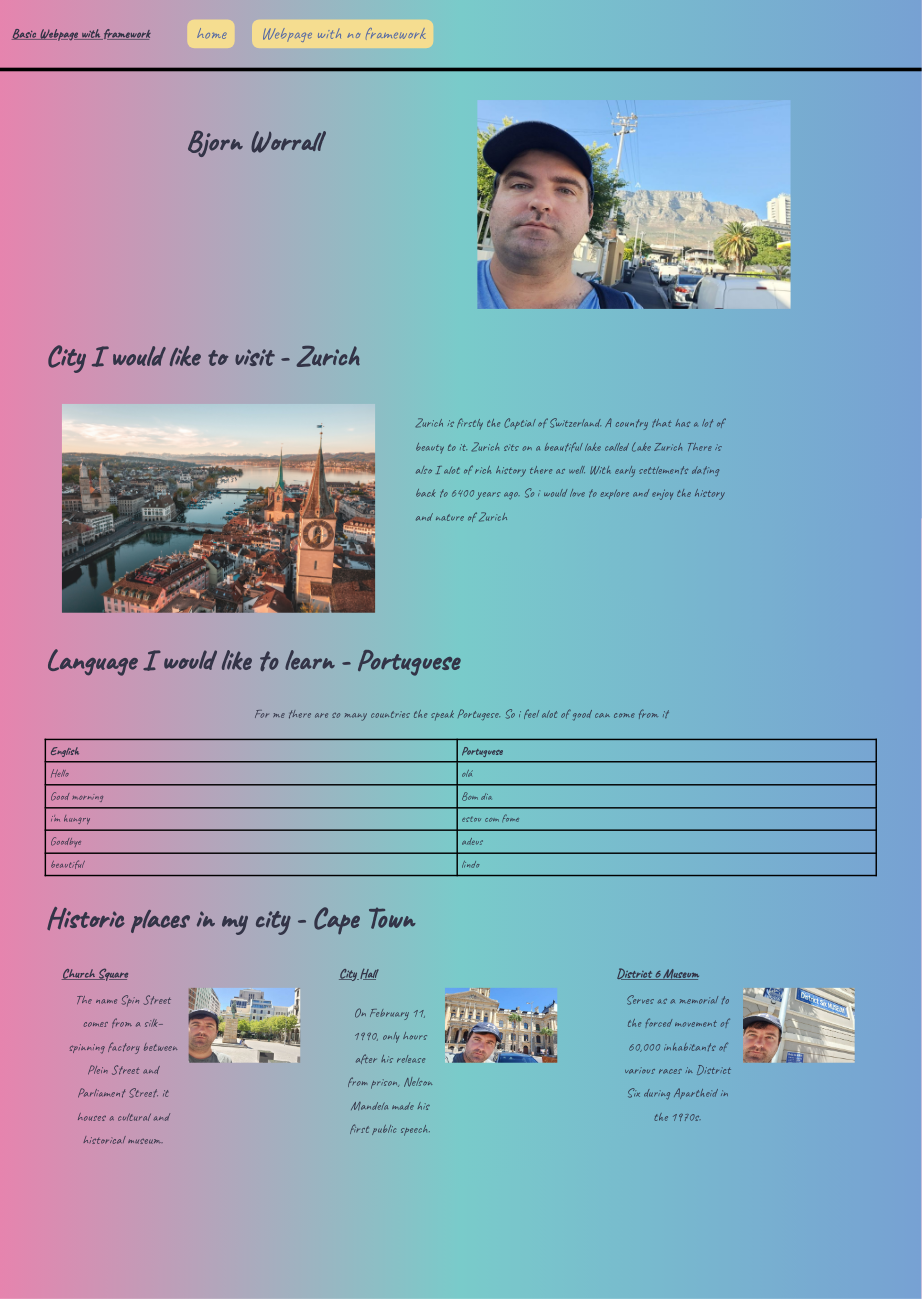
Repository: lasity34/basic-webpage
Page: my - webpage - grid.html
The author's editor kept a copy of each file at every save. The page is drawn from the files as they stood at one save, then again after the next save.
The browser window is 1280 px wide. The pictures show the whole page, at 72% of full size.

Above is the page before, as saved 2023-03-07 14:56:23.

### my - webpage - grid.html
<!DOCTYPE html>
<html lang="en">
  <link rel="stylesheet" type="text/css" href="simple-grid.css" />
  <!-- <link rel="stylesheet" type="text/css" href="styles.css" /> -->
  <link rel="preconnect" href="https://fonts.googleapis.com" />
  <link rel="preconnect" href="https://fonts.gstatic.com" crossorigin />
  <link
    href="https://fonts.googleapis.com/css2?family=Caveat&display=swap"
    rel="stylesheet"
  />

  <head>
    <meta charset="UTF-8" />
    <meta http-equiv="X-UA-Compatible" content="IE=edge" />
    <meta name="viewport" content="width=device-width, initial-scale=1.0" />
    <title>Bjorns Profile Reponsive</title>
  </head>
  <body>
    <header>
      <nav id="nav_profile">
        <h4>Basic Webpage with framework</h4>
        <ul>
          <li><a href="./index.html">home</a></li>
          <li><a href="./my - webpage.html">Webpage with no framework</a></li>
        </ul>
      </nav>
    </header>
    <main>
      <div class="container">
        <section class="row">
          <div class="col-6">
            <h1 id="profile_name">Bjorn Worrall</h1>
          </div>
          <img
            class="col-5"
            src="./images/profile.jpg"
            alt="A picture of me with table Mountain at the back"
          />
        </section>
        <section class="row">
          <h1>City I would like to visit - Zurich</h1>
          <div id="city_container">
            <img src="./images/zurich.jpg" class="col-5" />
            <p class="col-5">
              Zurich is firstly the Captial of Switzerland. A country that has a
              lot of beauty to it. Zurich sits on a beautiful lake called Lake
              Zurich There is also I alot of rich history there as well. With
              early settlements dating back to 6400 years ago. So i would love
              to explore and enjoy the history and nature of Zurich
            </p>
          </div>
        </section>
        <section id="language">
          <h1>Language I would like to learn - Portuguese</h1>
          <p>
            For me there are so many countries the speak Portugese. So i feel
            alot of good can come from it
          </p>

          <table>
            <tr>
              <th>English</th>
              <th>Portuguese</th>
            </tr>
            <tr>
              <td>Hello</td>
              <td>olá</td>
            </tr>
            <tr>
              <td>Good morning</td>
              <td>Bom dia</td>
            </tr>
            <tr>
              <td>i'm hungry</td>
              <td>estou com fome</td>
            </tr>
            <tr>
              <td>Goodbye</td>
              <td>adeus</td>
            </tr>
            <tr>
              <td>beautiful</td>
              <td>lindo</td>
            </tr>
          </table>
        </section>

        <!-- historic places -->

        <section class="row">
          <h1>Historic places in my city - Cape Town</h1>
          <div class="col-4">
            <h4>Church Square</h4>
            <div class="align">
              <p class="col-6-sm col-6">
                The name Spin Street comes from a silk–spinning factory between
                Plein Street and Parliament Street. it houses a cultural and
                historical museum.
              </p>
              <img class="col-6-sm col-6" src="./images/church_square.jpg" />
            </div>
          </div>
          <div class="col-4">
            <h4>City Hall</h4>
            <div class="align">
              <img class="col-6-sm col-6" src="./images/city_hall.jpg" />
              <div class="col-6-sm col-5" id="places_info_hall">
                <p>
                  On February 11, 1990, only hours after his release from
                  prison, Nelson Mandela made his first public speech.
                </p>
              </div>
            </div>
          </div>
          <div class="col-4">
            <h4>District 6 Museum</h4>
            <div class="align">
              <p class="col-6-sm col-6">
                Serves as a memorial to the forced movement of 60,000
                inhabitants of various races in District Six during Apartheid in
                the 1970s.
              </p>
              <img class="col-6-sm col-6" src="./images/district_6.jpg" />
            </div>
          </div>
        </section>
      </div>
    </main>
  </body>
</html>

### simple-grid.css
/**
*** SIMPLE GRID
*** (C) ZACH COLE 2016
**/

@import url(https://fonts.googleapis.com/css?family=Lato:400,300,300italic,400italic,700,700italic);

/* UNIVERSAL */

html,
body {
  height: 100%;
  width: 100%;
  margin: 0;
  padding: 0;
  left: 0;
  top: 0;
  font-size: 100%;
  background: #77a1d3; /* fallback for old browsers */
  background: -webkit-linear-gradient(
    to right,
    #e684ae,
    #79cbca,
    #77a1d3
  ); /* Chrome 10-25, Safari 5.1-6 */
  background: linear-gradient(
    to right,
    #e684ae,
    #79cbca,
    #77a1d3
  ); /* W3C, IE 10+/ Edge, Firefox 16+, Chrome 26+, Opera 12+, Safari 7+ */
}

/* ROOT FONT STYLES */

/* * {
  font-family: "Lato", Helvetica, sans-serif;

  line-height: 1.5;
} */

/* TYPOGRAPHY */

h1 {
  font-size: 2.5rem;
}

h2 {
  font-size: 2rem;
}

h3 {
  font-size: 1.375rem;
}

h4 {
  font-size: 1.125rem;
  text-align: left;
  margin: 0;
  text-decoration: underline;
}

h5 {
  font-size: 1rem;
}

h6 {
  font-size: 0.875rem;
}

p {
  font-size: 1.125rem;
  font-weight: 200;
  line-height: 1.8;
}

.font-light {
  font-weight: 300;
}

.font-regular {
  font-weight: 400;
}

.font-heavy {
  font-weight: 700;
}

/* POSITIONING */

.left {
  text-align: left;
}

.right {
  text-align: right;
}

.center {
  text-align: center;
  margin-left: auto;
  margin-right: auto;
}

.justify {
  text-align: justify;
}

/* ==== GRID SYSTEM ==== */

.container {
  width: 100%;
  margin-left: auto;
  margin-right: auto;
}

.row {
  position: relative;
  width: 100%;
}

.row [class^="col"] {
  float: left;
  margin: 0.5em 2%;
  min-height: 0.125rem;
}

.history_height {
  height: 30vh;
}

.col-1,
.col-2,
.col-3,
.col-4,
.col-5,
.col-6,
.col-7,
.col-8,
.col-9,
.col-10,
.col-11,
.col-12 {
  width: 96%;
}

.col-1-sm {
  width: 4.33%;
}

.col-2-sm {
  width: 12.66%;
}

.col-3-sm {
  width: 21%;
}

.col-4-sm {
  width: 29.33%;
}

.col-5-sm {
  width: 37.66%;
}

.col-6-sm {
  width: 46%;
}

.col-7-sm {
  width: 54.33%;
}

.col-8-sm {
  width: 62.66%;
}

.col-9-sm {
  width: 71%;
}

.col-10-sm {
  width: 79.33%;
}

.col-11-sm {
  width: 87.66%;
}

.col-12-sm {
  width: 96%;
}

.row::after {
  content: "";
  display: table;
  clear: both;
}

.hidden-sm {
  display: none;
}

@media only screen and (min-width: 45em) {
  /* 720px */
  .col-1 {
    width: 4.33%;
  }

  .col-2 {
    width: 12.66%;
  }

  .col-3 {
    width: 21%;
  }

  .col-4 {
    width: 29.33%;
  }

  .col-5 {
    width: 37.66%;
  }

  .col-6 {
    width: 46%;
  }

  .col-7 {
    width: 54.33%;
  }

  .col-8 {
    width: 62.66%;
  }

  .col-9 {
    width: 71%;
  }

  .col-10 {
    width: 79.33%;
  }

  .col-11 {
    width: 87.66%;
  }

  .col-12 {
    width: 96%;
  }

  .hidden-sm {
    display: block;
  }
}

@media only screen and (min-width: 60em) {
  /* 960px */
  .container {
    width: 95%;
    max-width: 90rem;
  }
}

* {
  font-family: "Caveat", "Arial Narrow", Arial, sans-serif;
  color: #333447;
}

/* Nav bar */

#city_container p {
  text-align: left;
 padding: 0.5em;
}



#landing_title {
  text-align: center;
}

header {
  border-bottom: 5px solid black;
  padding: 1em;
}

#nav_landing {
  height: 80vh;
  display: flex;
  justify-content: space-around;
  align-items: center;
}

#nav_landing ul {
  display: flex;
  justify-content: space-around;
  align-content: center;
  height: 13vh;
}

a:hover {
  background-color: black;
  color: green;
}

a:hover {
  color: green;
}

a {
  text-decoration: none;
  background-color: #f5dd90;
  color: #586ba4;
  width: 80%;
  padding: 0.2em 0.5em;
  margin: 1em 0.5em;
  font-size: 1.5rem;
  border-radius: 10px;
  height: 8vh;
}

li {
  list-style: none;
}

/* global */

main {
  max-width: 95%;
  margin: 2rem auto;
  text-align: center;
}

#profile_section {
  text-align: center;
}

.align {
  display: flex;

 align-items: center;
}

.flex {
  display: flex;
}

table {
  margin: auto;
  border-collapse: collapse;
  border-spacing: 0;
}

td,
th {
  border: 2px solid black;
  padding: 0.3em;
  width: 1%;
  text-align: left;
}

/* 447px */

@media (max-width: 547px) {
  .align {
    text-align: center;
    flex-direction: column;
    align-content: center;
  }

  #places_info_hall {
    order: -1;
    padding-left: 0;
  }

  .places_info,
  #places_info_hall {
    margin-bottom: 2em;
  }

  .col-5-sm,
  .col-6-sm {
    width: 100%;
  }

  h4 {
    text-align: center;
  }
}

@media (max-width: 719px) {
  #nav_profile ul {
    display: block;

    margin: 0 auto;
  }

  #nav_profile li {
    margin-top: 1em;
    text-align: center;
  }

  #nav_profile a {
    font-size: 1.1rem;
  }

  #nav_profile h4 {
    text-align: center;
  }
}

/* max-width 800px */

@media (max-width: 800px) {
  .history_container {
    margin-bottom: 1em;
  }

  .col-6-sm {
    margin: 0.5em;
  }
}

@media (min-width: 720px) {
  #places_info_hall {
    order: -1;
  }

  h1 {
    text-align: left;
  }

  #profile_name {
    text-align: center;
  }
  #nav_profile ul {
    display: flex;
  }

  #nav_profile {
    display: flex;
    align-items: center;
  }

  .align {
    height: 60vh;
    align-items: flex-start;
  }
}

After the next save:
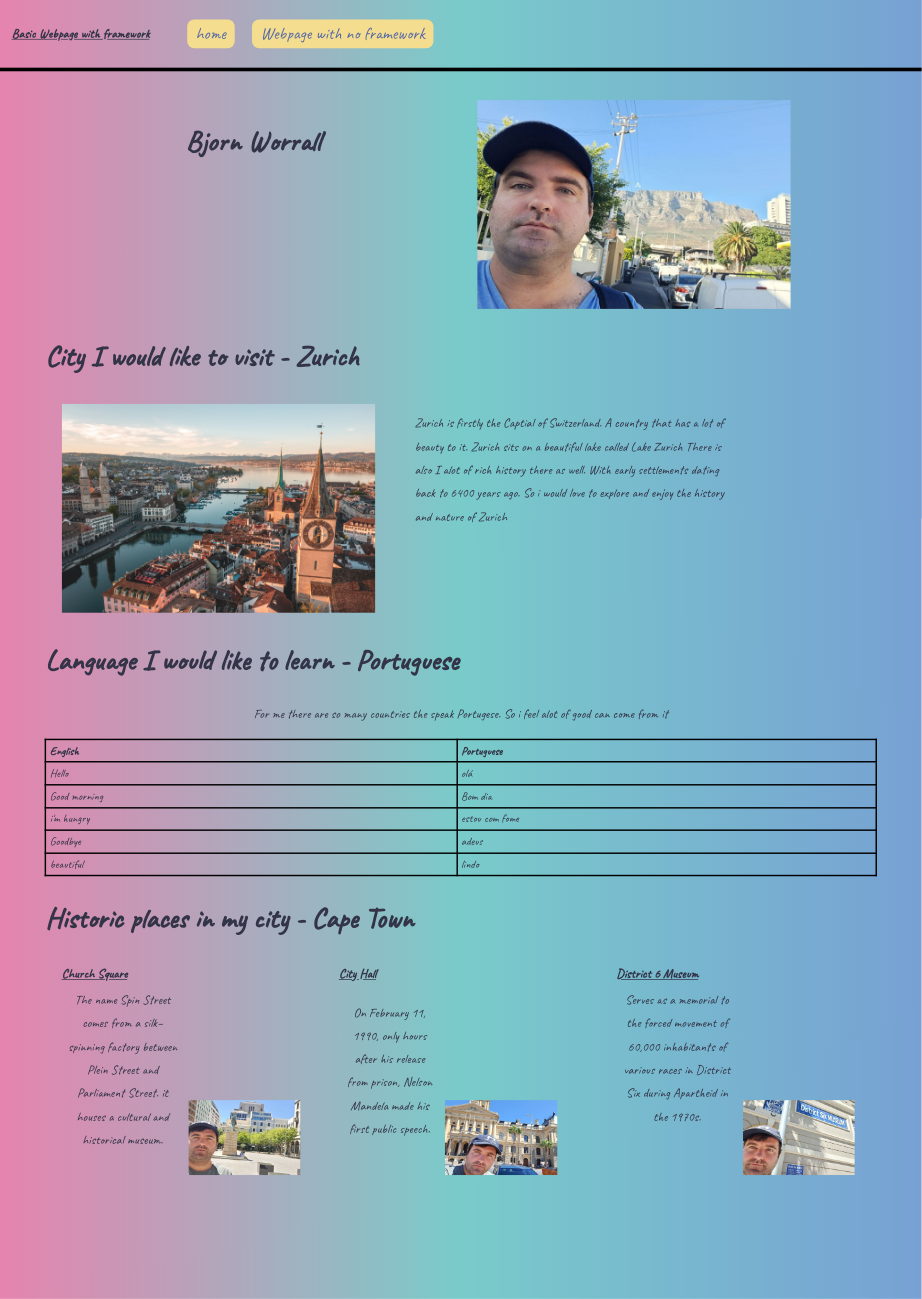
Saved 43 s later.
--- a/simple-grid.css
+++ b/simple-grid.css
@@ -450,4 +450,8 @@
     height: 60vh;
     align-items: flex-start;
   }
-}
+
+  .align img {
+    align-self: center;
+  }
+}

After the save that followed:
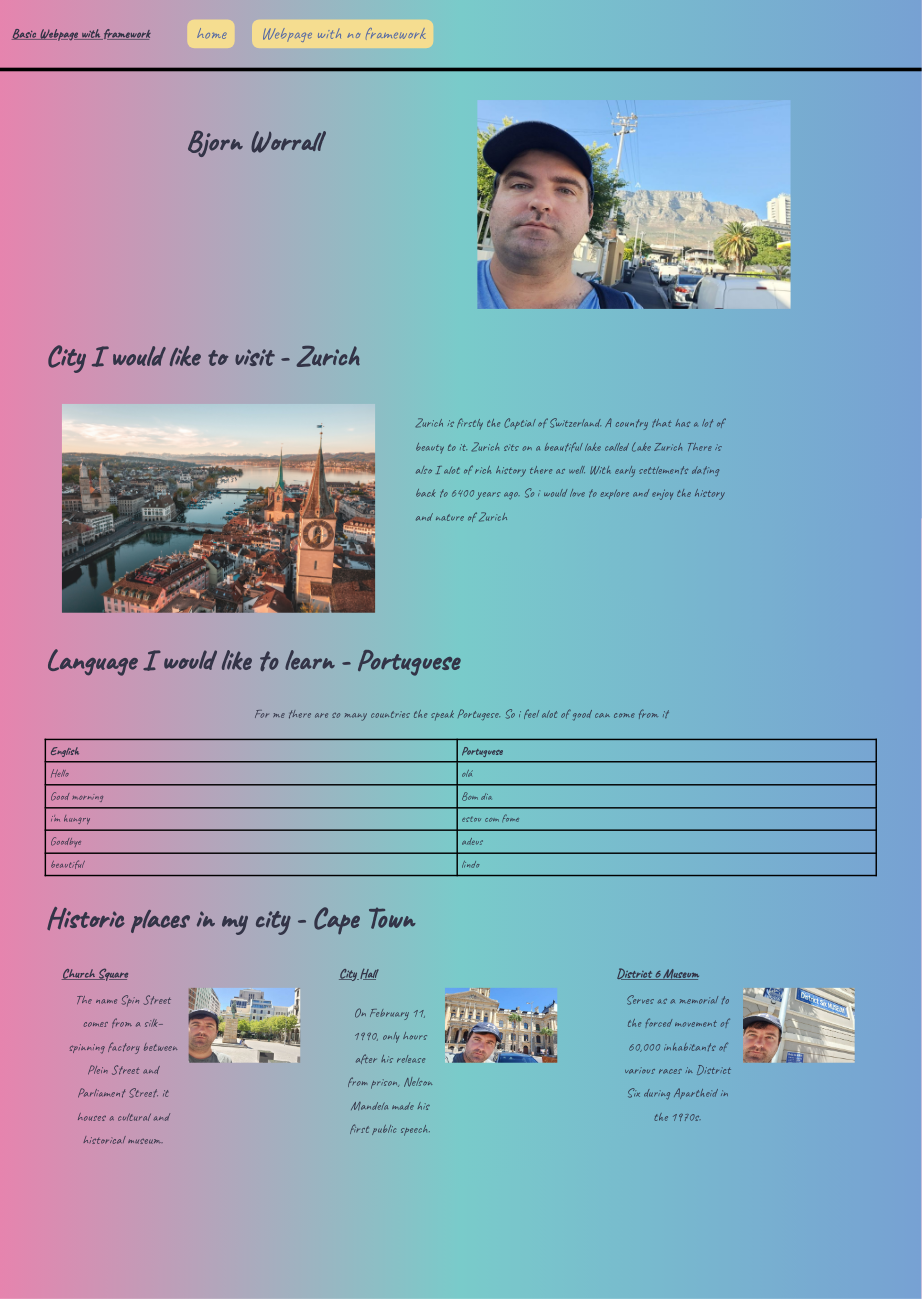
Saved 19 s later.
--- a/simple-grid.css
+++ b/simple-grid.css
@@ -451,7 +451,5 @@
     align-items: flex-start;
   }
 
-  .align img {
-    align-self: center;
-  }
-}
+
+}
